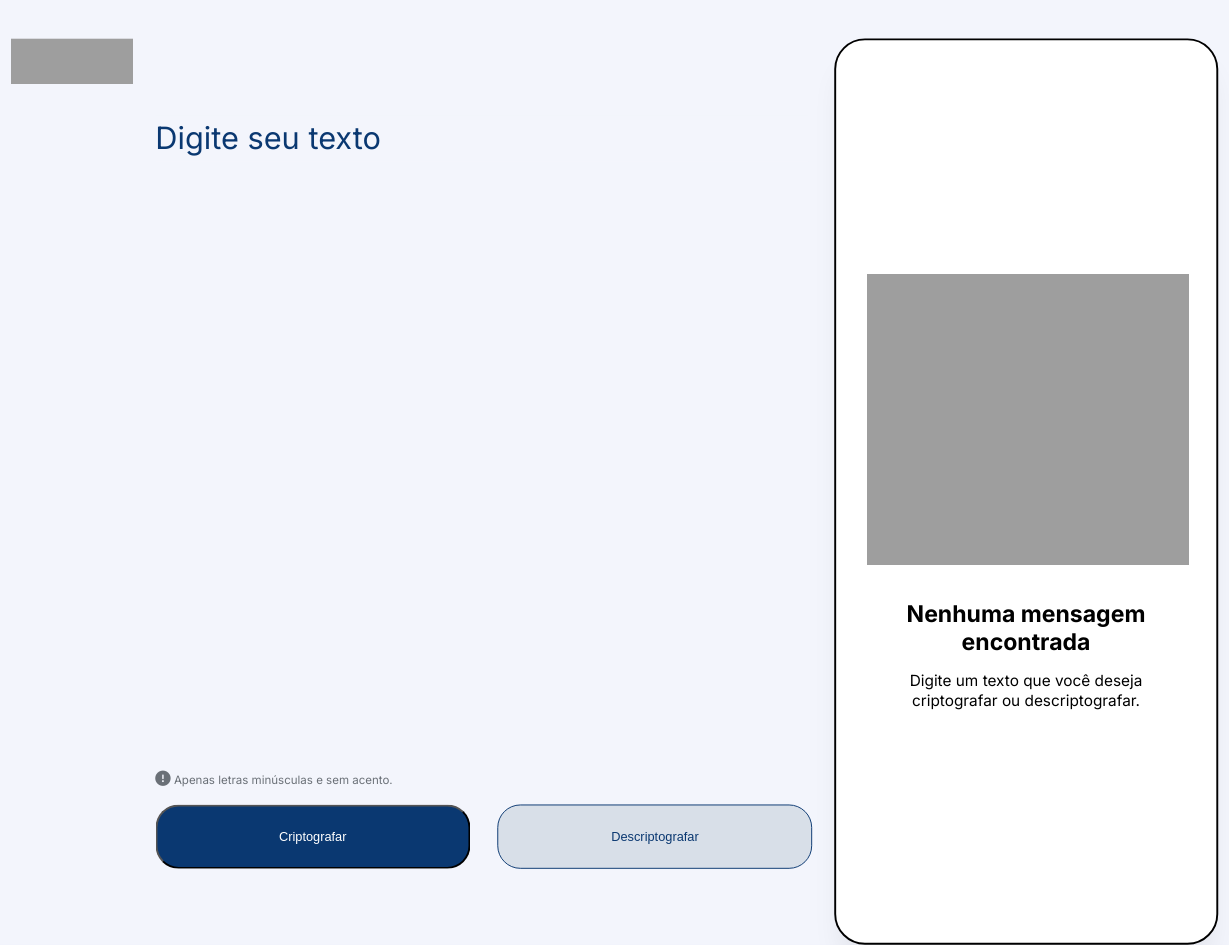
Repository: CarlosEduardoVdeOliveira/descodificador-de-texto
Page: index.html
An editor plug-in stored every save of this project. The page is shown before and after the next save, followed by the edit.
The browser window is 1280 px wide. The pictures show the whole page, at 96% of full size.
Pictures or frames that could not be fetched are drawn as grey boxes.

Above is the page before, as saved 2023-04-12 08:28:25.

After the next save:
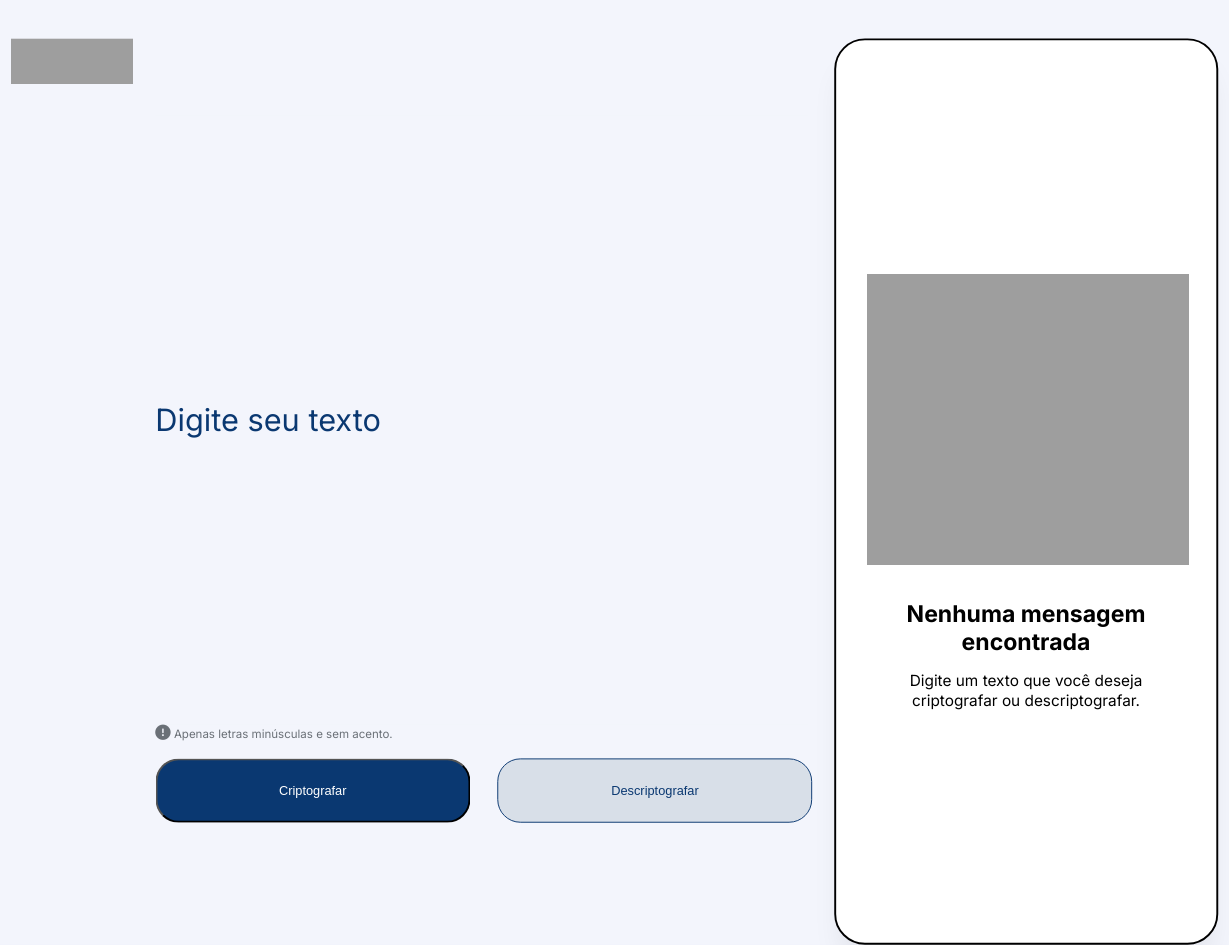
Saved 14 s later.
--- a/public/styles/index.css
+++ b/public/styles/index.css
@@ -41,14 +41,14 @@ main {
 }
 input{
    width: 680px;
-   height: 48px;
+   height: 635px;
    font-family: 'Inter';
    font-size: 32px;
    line-height: 150%;
    background-color: var(--light-blue-100);
    color: var(--dark-blue-300);
    border: none;
-   margin-bottom: 635px;
+
 }
 input:focus{
    outline: 0;
